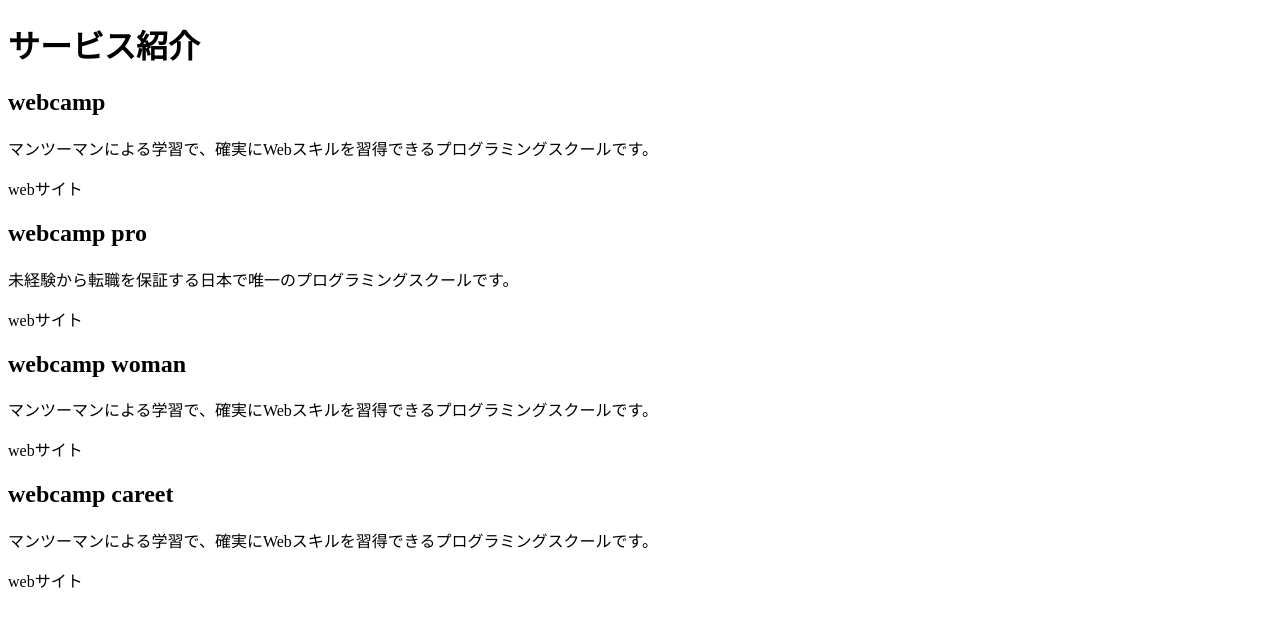
Repository: makunouti/dwc
Page: sample/sample.html
The author's editor kept a record of every edit. The page is drawn from the files as they stood at one moment, then again after the next edit.
The browser window is 1280 px wide. The pictures show the whole page.

Above is the page before.

### sample/sample.html
<!DOCTYPE HTML>
<html lang="ja">
  <head>
    <meta charset="UTF-8" />
    <title>初めてのHTML</title>
  </head>

  <body>
    <h1>サービス紹介</h1>
    <h2>webcamp</h2>
    <p>マンツーマンによる学習で、確実にWebスキルを習得できるプログラミングスクールです。</p>
    <a her="">webサイト</a>
    <h2>webcamp pro</h2>
    <p>未経験から転職を保証する日本で唯一のプログラミングスクールです。</p>
    <a her="">webサイト</a>
    <h2>webcamp woman</h2>
    <p>マンツーマンによる学習で、確実にWebスキルを習得できるプログラミングスクールです。</p>
    <a her="">webサイト</a>
    <h2>webcamp careet</h2>
    <p>マンツーマンによる学習で、確実にWebスキルを習得できるプログラミングスクールです。</p>
    <a her="">webサイト</a>
  </body>
</html>

After the next edit:
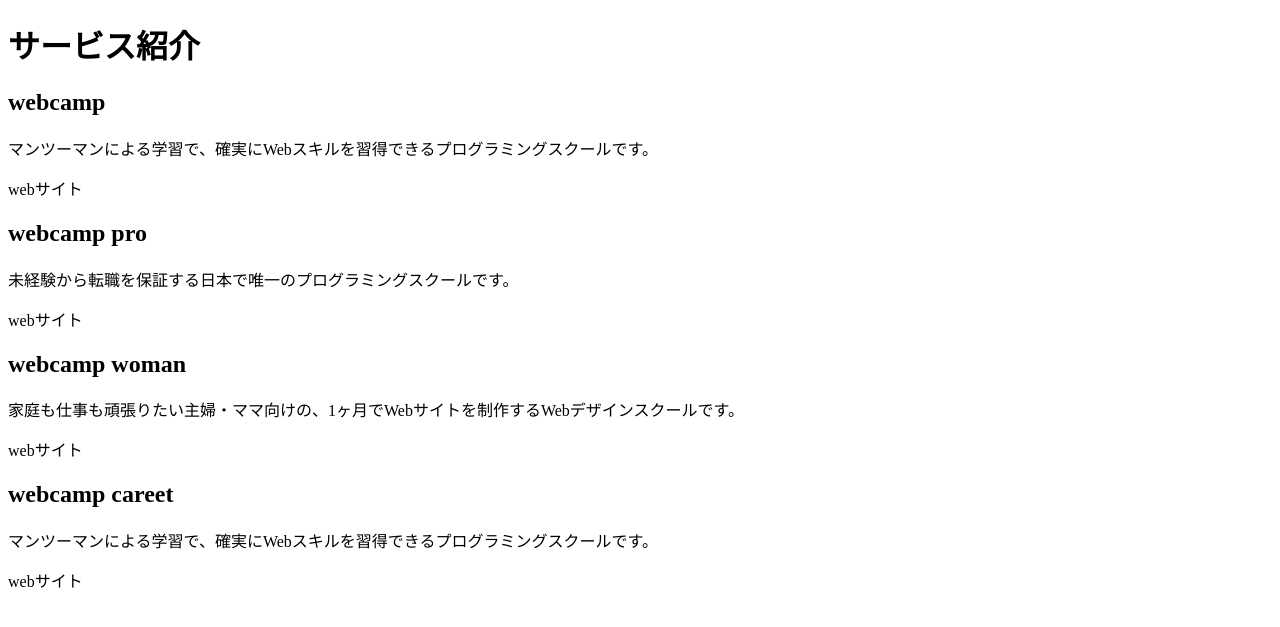
The edit:
--- a/sample/sample.html
+++ b/sample/sample.html
@@ -14,7 +14,7 @@
     <p>未経験から転職を保証する日本で唯一のプログラミングスクールです。</p>
     <a her="">webサイト</a>
     <h2>webcamp woman</h2>
-    <p>マンツーマンによる学習で、確実にWebスキルを習得できるプログラミングスクールです。</p>
+    <p>家庭も仕事も頑張りたい主婦・ママ向けの、1ヶ月でWebサイトを制作するWebデザインスクールです。</p>
     <a her="">webサイト</a>
     <h2>webcamp careet</h2>
     <p>マンツーマンによる学習で、確実にWebスキルを習得できるプログラミングスクールです。</p>
